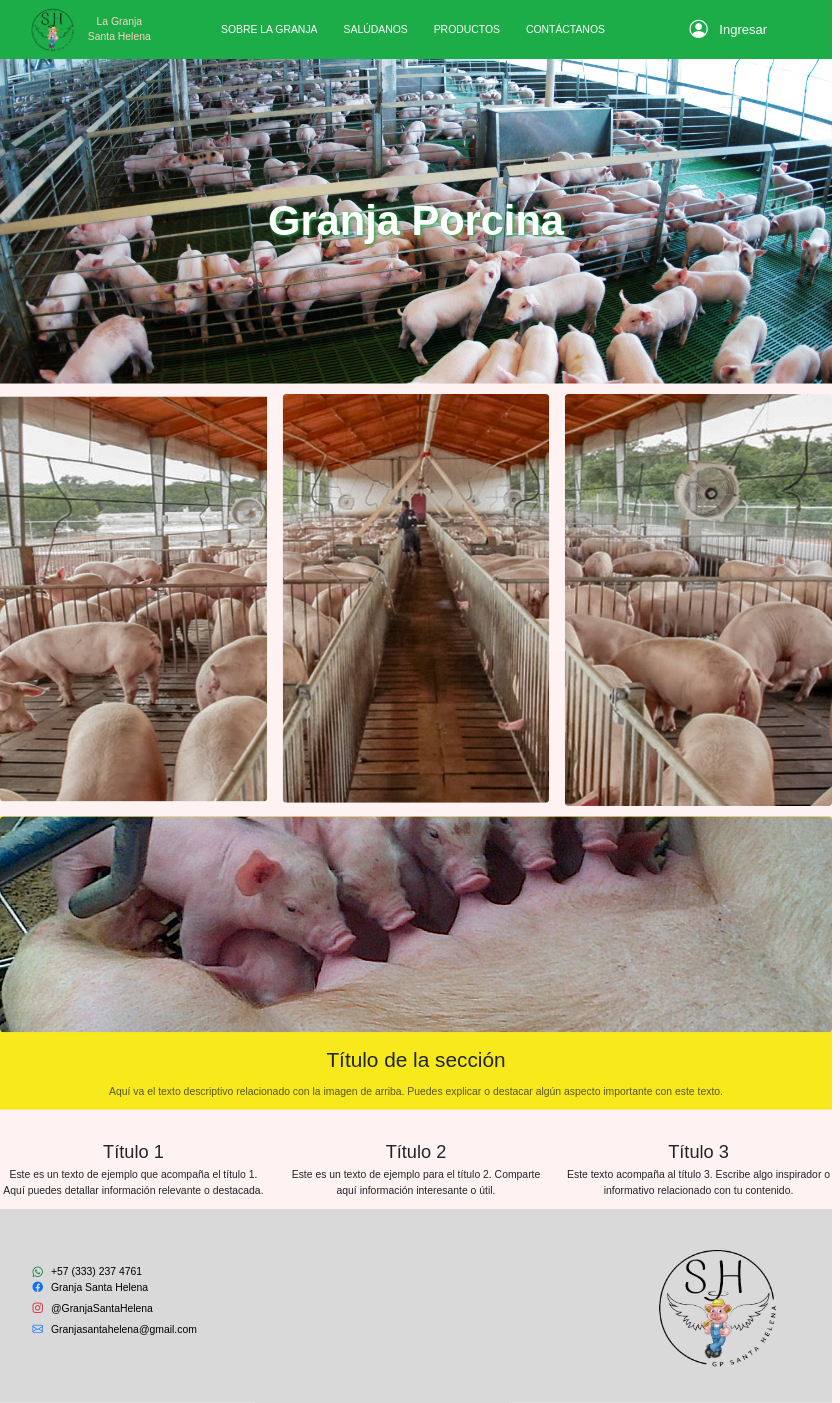
Repository: Mateojimenezz/Granja-Santa-Helena
Page: paginaDeInicio.html
These files come from the project's save history. The page is drawn as it stood at one moment and after the next save; the edit follows.
The browser window is 1280 px wide. The page is 1292 px wide, then 1280 px, so the pictures cover 1292 px, including what lies to the right of the window. The pictures show the whole page, at 65% of full size.
Some web fonts or font styles are not loaded; a fallback is used.

Above is the page before, as saved 2025-03-29 16:23:50.

After the next save:
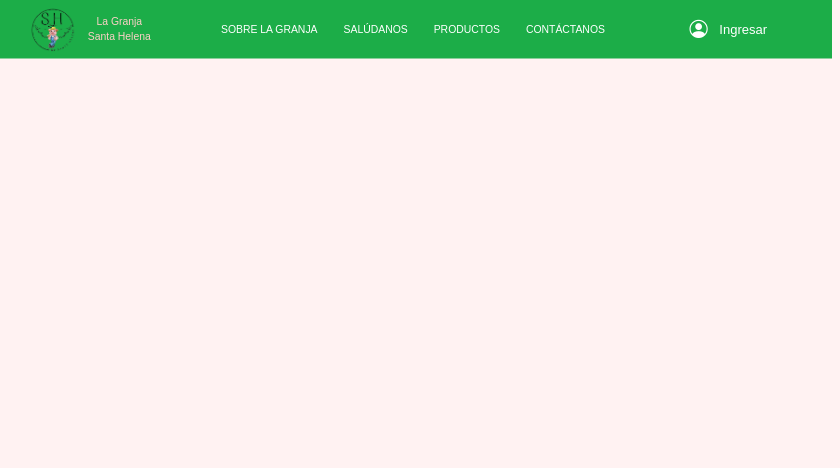
Saved 59 s later.
--- a/paginaDeInicio.html
+++ b/paginaDeInicio.html
@@ -43,94 +43,7 @@
     </div>
   </header>
   <main>
-    <!-- Sección 1 -->
-    <section class="seccion-1 position-relative">
-      <div class="row">
-        <div class="col-12">
-          <img src="./assets/img/imagen1.jpg" alt="Fotografia de la granja" class="img-fluid imagen1">
-          <h1 class="titulo1 position-absolute ">Granja Porcina</h1>
-        </div>
-      </div>
-    </section>
-    <!-- Sección 2 -->
-    <section class="seccion-2 py-3 ">
-        <div class="row ">
-          <div class="col-12 col-lg-4 col-md-4 col-lg-4 ">
-            <img src="./assets/img/Upload-5a8315b810a15-13022018 1.png" alt="Imagen 1" class="img-fluid w-100 rounded">
-          </div>
-          <div class="col-12 col-lg-4 col-md-4">
-            <img src="./assets/img/Upload-5a8315b810a15-13022018 2.png" alt="Imagen 2" class="img-fluid rounded">
-          </div>
-          <div class="col-12 col-lg-4 col-md-4">
-            <img src="./assets/img/Upload-5a8315b810a15-13022018 3.png" alt="Imagen 3" class="img-fluid rounded">
-          </div>
-        </div>
-    </section>
-    <!-- Sección 3 -->
-    <section class="seccion-3  ">
-        <div class="row">
-          <!-- Fila de la imagen -->
-          <div class="col-12">
-            <img src="./assets/img/RESULTADOS-INSEMINACION-ARTIFICIAL 1.png" alt="Cerda recien Parida" class="img-fluid w-100 rounded">
-          </div>
-        </div>
-        <div class="row mt-4 ">
-          <!-- Fila del título y el texto -->
-          <div class="col-12 text-center">
-            <h2 class="mb-3">Título de la sección</h2>
-            <p class="text-muted">
-              Aquí va el texto descriptivo relacionado con la imagen de arriba. Puedes explicar o destacar algún aspecto importante con este texto.
-            </p>
-          </div>
-        </div>
-    </section>
-    <!-- seccion 4 -->
-    <section class="seccion-4 py-5">
-        <div class="row">
-          <div class="col-12 col-lg-4">
-            <h3 class="text-center">Título 1</h3>
-            <p class="text-center">
-              Este es un texto de ejemplo que acompaña el título 1. Aquí puedes detallar información relevante o destacada.
-            </p>
-          </div>
-          <div class="col-12 col-lg-4">
-            <h3 class="text-center">Título 2</h3>
-            <p class="text-center">
-              Este es un texto de ejemplo para el título 2. Comparte aquí información interesante o útil.
-            </p>
-          </div>
-          <div class="col-12 col-lg-4">
-            <h3 class="text-center">Título 3</h3>
-            <p class="text-center">
-              Este texto acompaña al título 3. Escribe algo inspirador o informativo relacionado con tu contenido.
-            </p>
-          </div>
-        </div>
-        <!-- footer -->
-        <footer class="footer py-4  text-black">
-            <div class="row align-items-center">
-              <!-- Contacto en el lado izquierdo -->
-              <div class="col-12 col-lg-6 mb-4 mb-lg-0 ">
-                <ul class="list-unstyled ">
-                    <i class="bi bi-whatsapp me-2 text-success"></i> +57 (333) 237 4761
-                  </li>
-                  <li class="mb-2">
-                    <i class="bi bi-facebook me-2 text-primary"></i> Granja Santa Helena
-                  </li>
-                  <li class="mb-2">
-                    <i class="bi bi-instagram me-2 text-danger"></i> @GranjaSantaHelena
-                  </li>
-                  <li>
-                    <i class="bi bi-envelope me-2 text-primary"></i> Granjasantahelena@gmail.com
-                  </li>
-                </ul>
-              </div>
-              <!-- Logo en el lado derecho -->
-              <div class=" col-12 text-center col-lg-6 text-lg-end ">
-                <img src="./assets/img/logo.png" alt="Logo Granja Santa Helena" class="img-fluid Logofooter">
-              </div>
-            </div>
-        </footer>
+
 
     </section>
 
